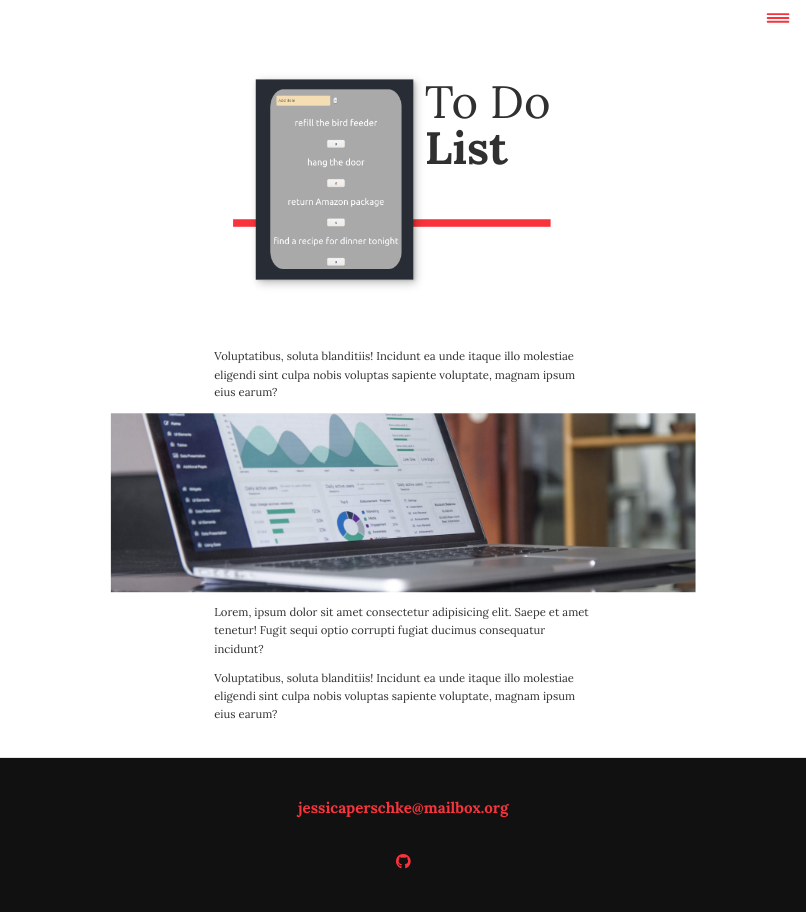
Repository: DinoDime/site
Page: portfolio-item2.html
An editor plug-in stored every save of this project. The page is shown before and after a run of saves, followed by the edit.
The browser window is 1280 px wide. The pictures show the whole page, at 63% of full size.
Some web libraries are served in a nearby version.

Above is the page before, as saved 2021-05-03 06:32:41.

After the next 2 saves:
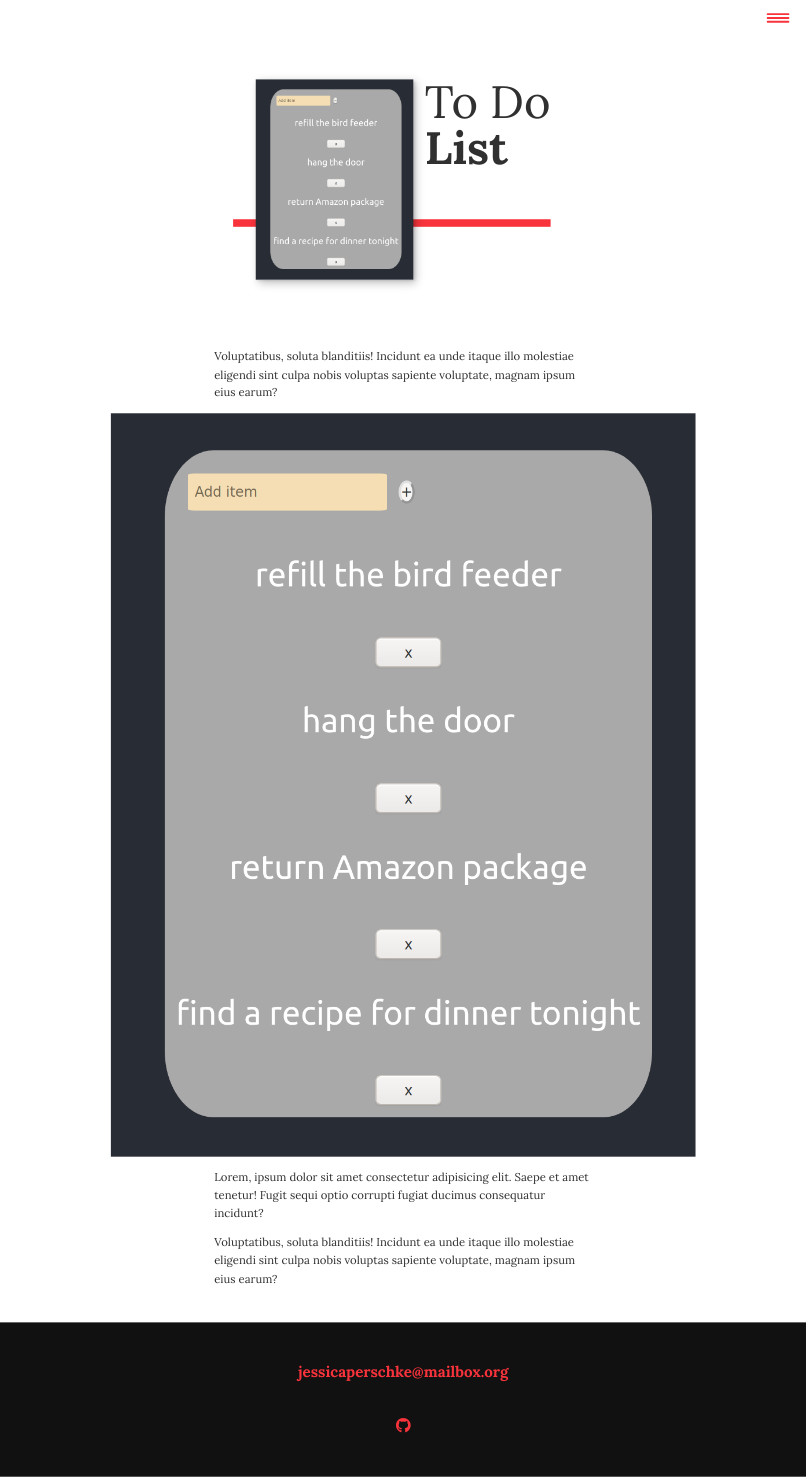
The 2 saves are shown as one change because they came seconds apart.
The last was saved 19 s later.
--- a/portfolio-item2.html
+++ b/portfolio-item2.html
@@ -65,7 +65,7 @@
         eligendi sint culpa nobis voluptas sapiente voluptate, magnam ipsum eius
         earum?
       </p>
-      <img src="img/portfolio-details.jpg" alt="" />
+      <img src="img/todo2.png" alt="" />
       <p>
         Lorem, ipsum dolor sit amet consectetur adipisicing elit. Saepe et amet
         tenetur! Fugit sequi optio corrupti fugiat ducimus consequatur incidunt?
